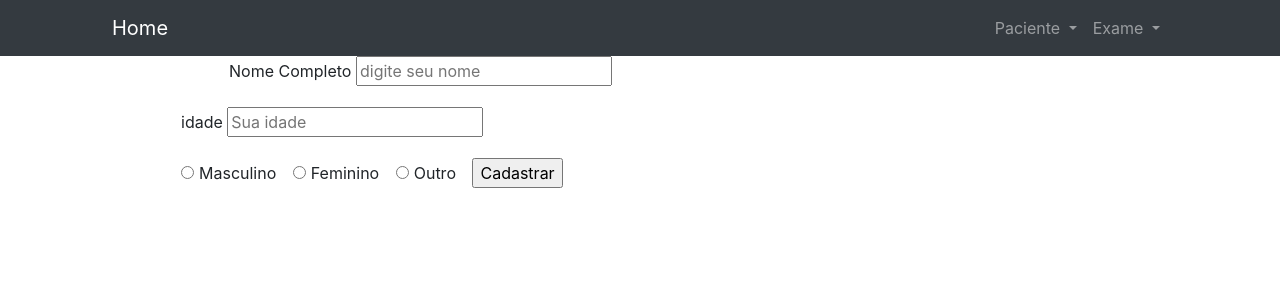
Repository: noobDevPRB/struts2_project
Page: http://localhost/Projeto_SOCTest/
The author's editor kept a copy of each file at every save. The page is drawn from the files as they stood at one save, then again after the next save.
The browser window is 1280 px wide. The pictures show the whole page.
The page is served by Tomcat 9. Nobody is signed in. The application's start-up code is not run.

Above is the page before, as saved 2020-10-17 18:41:03.

After the next save:
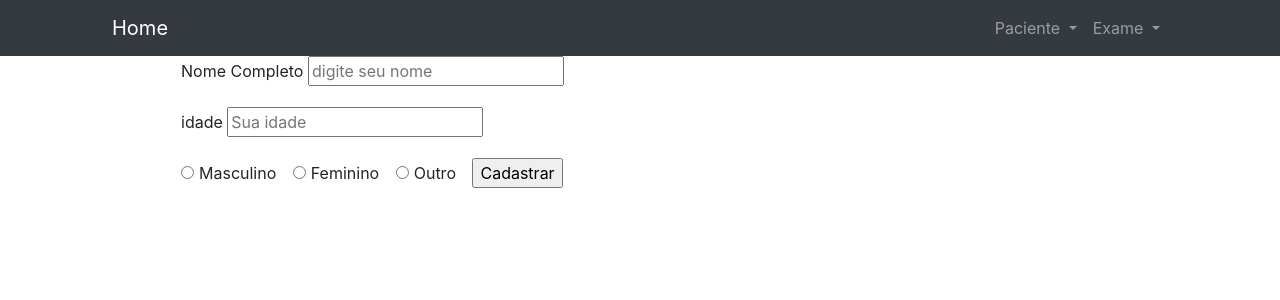
Saved 4 s later.
--- a/Projeto_SOCTest/WebContent/index.jsp
+++ b/Projeto_SOCTest/WebContent/index.jsp
@@ -44,7 +44,7 @@
 		<div class="row">
 			<div class="col-sm">
 				<form class="px-5 mx-5" action="cadastrarPaciente"method="post">
-					<div class="form-group px-5">
+					<div class="form-group">
 						<label>Nome Completo</label>
 						<input type="text" required="required" pattern="[a-z\s]+$" maxlength="40" placeholder="digite seu nome" name="paciente.nm_cmplt">
 					</div>
